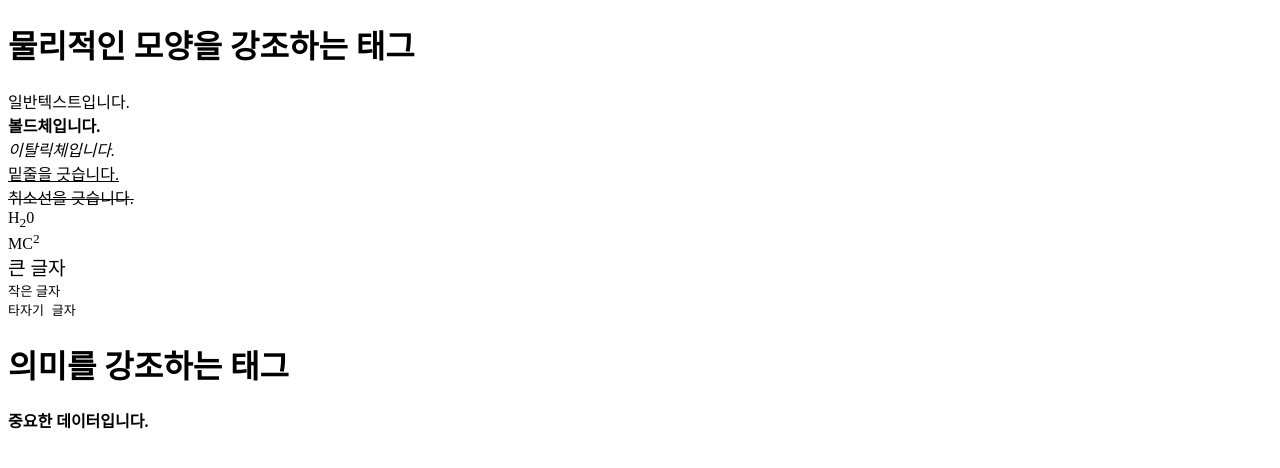
Repository: zzzzzzin/Client
Page: ClientTest/src/main/webapp/html/ex10_style.html
An editor plug-in stored every save of this project. The page is shown before and after the next save, followed by the edit.
The browser window is 1280 px wide. The pictures show the whole page.

Above is the page before, as saved 2024-03-13 01:16:48.

After the next save:
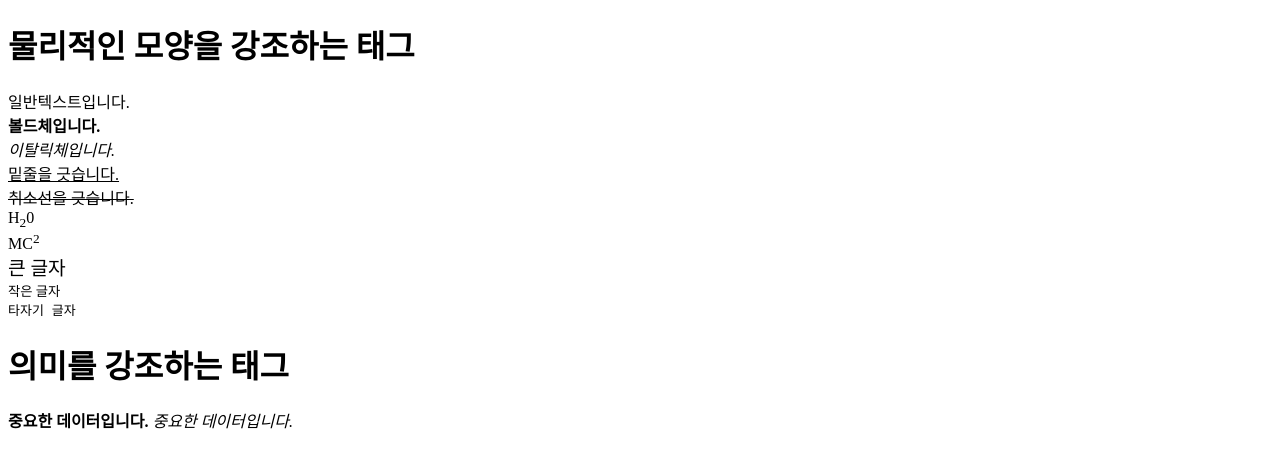
Saved 15 s later.
--- a/ClientTest/src/main/webapp/html/ex10_style.html
+++ b/ClientTest/src/main/webapp/html/ex10_style.html
@@ -20,6 +20,7 @@
 
 	<h1>의미를 강조하는 태그</h1>
 	<strong>중요한 데이터입니다.</strong>
+	<em>중요한 데이터입니다.</em>
 
 </body>
 </html>
